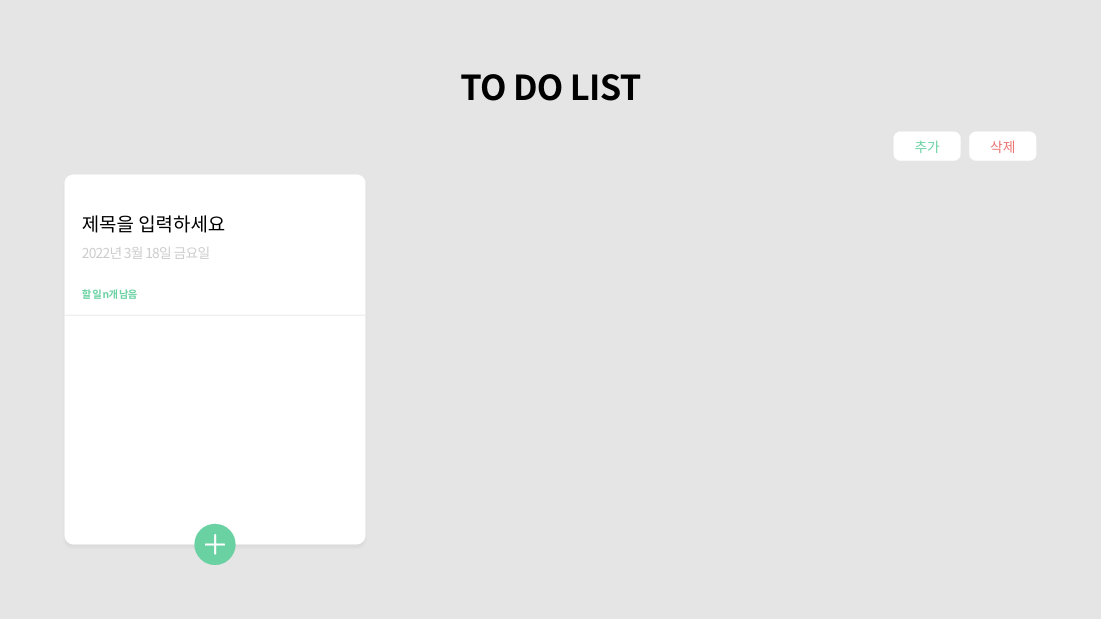
Repository: KIMSEOUNYOUNG/toDoList
Page: skin/main.html
The author's editor kept a copy of each file at every save. The page is drawn from the files as they stood at one save, then again after the next save.
The browser window is 1280 px wide. The pictures show the whole page, at 86% of full size.
Empty fields were first filled with sample values (such as "Sample", 5 or name@example.com).
After loading, the first visible `button.btn` was clicked once.

Above is the page before, as saved 2022-04-29 17:04:04.

After the next save:
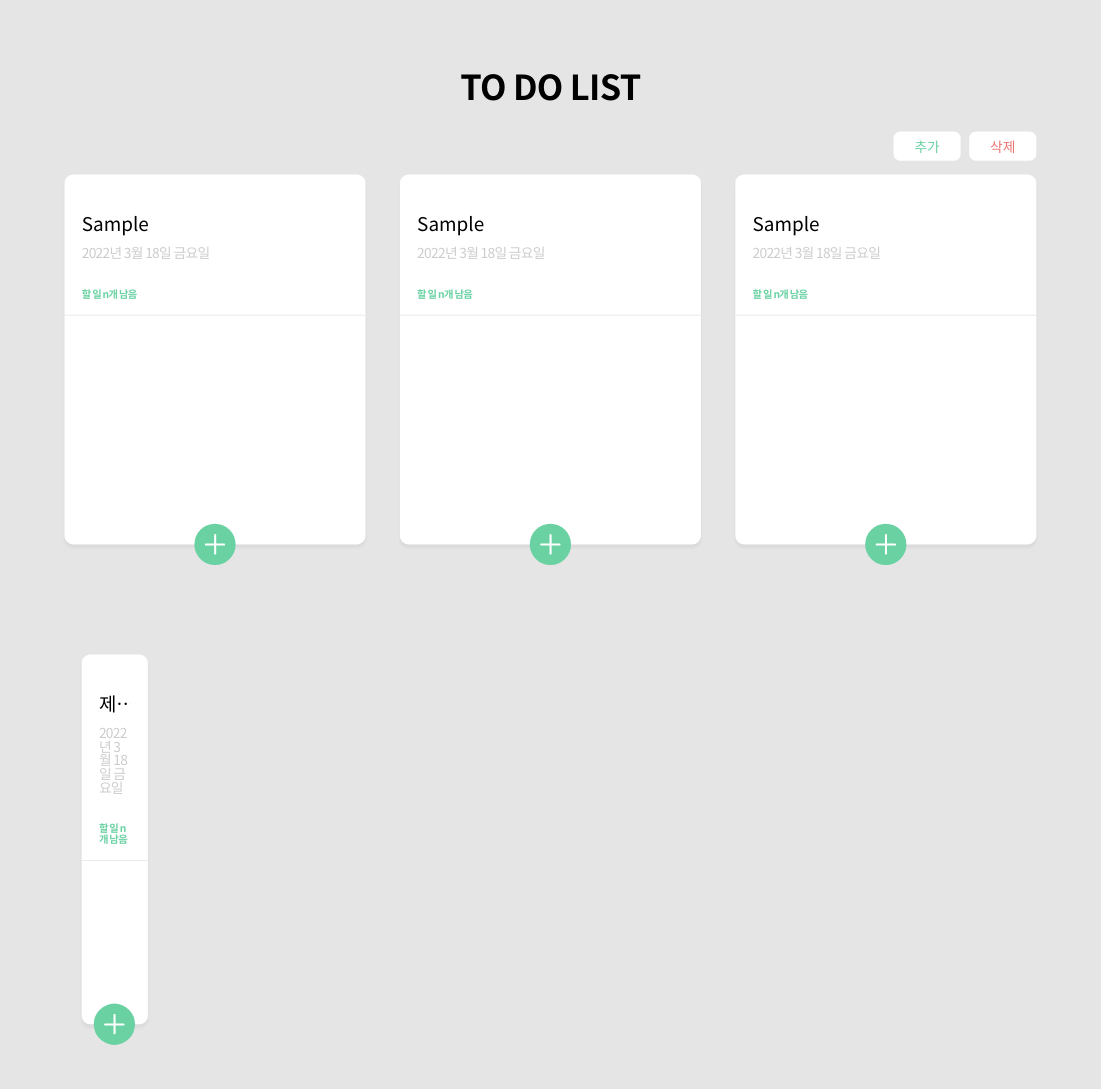
Saved 4 min 43 s later.
--- a/skin/main.html
+++ b/skin/main.html
@@ -284,7 +284,12 @@
 
                      </div>`;
         var boxWrap = document.querySelector('.row');
-        boxWrap.innerHTML = newBox;
+        var newCol = document.createElement('div');
+
+        newCol.classList.add('col_8');
+        newCol.innerHTML = newBox;
+
+        boxWrap.appendChild(newCol);
     }
 
 </script>
